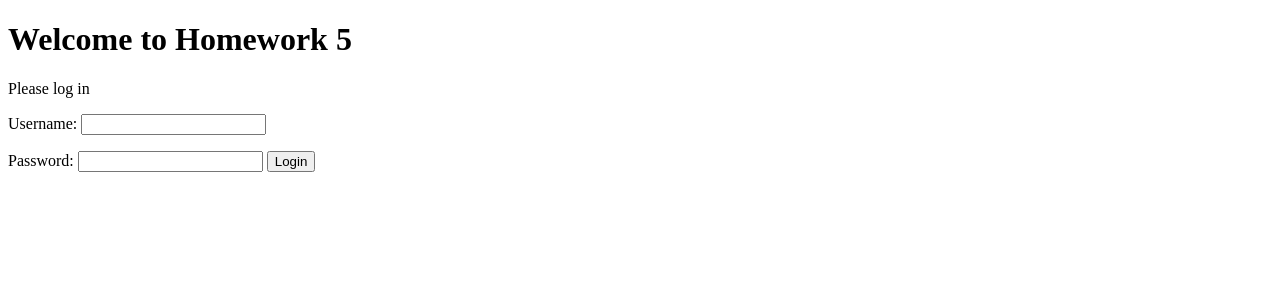
Repository: ulmerb/hw5part1
Page: Login/WebContent/homepage.html
The author's editor kept a copy of each file at every save. The page is drawn from the files as they stood at one save, then again after the next save.
The browser window is 1280 px wide. The pictures show the whole page.

Above is the page before, as saved 2014-02-20 00:06:00.

### Login/WebContent/homepage.html
<!DOCTYPE html>
<html>
<head>
<meta charset="UTF-8" />
<title>Welcome</title>
</head>
<body>
<h1>Welcome to Homework 5</h1>
<p>Please log in<p>
<form action="LoginServlet" method = "post">
<p>Username: <input type="text" name="name" />
<p>Password: <input type="text" name="password"/>
<input type="submit" value = "Login" /></p>
</form>
</body>
</html>

After the next save:
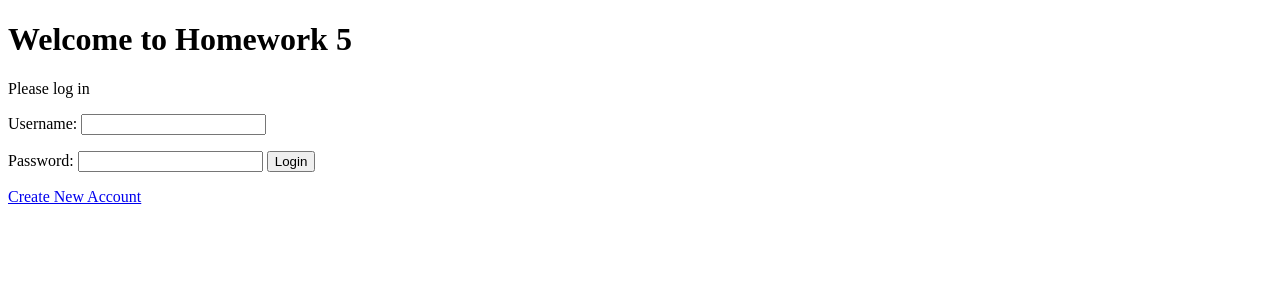
Saved 72 s later.
--- a/Login/WebContent/homepage.html
+++ b/Login/WebContent/homepage.html
@@ -12,5 +12,6 @@
 <p>Password: <input type="text" name="password"/>
 <input type="submit" value = "Login" /></p>
 </form>
+<p><a href="CreateAccountServlet">Create New Account</a></p>
 </body>
 </html>
